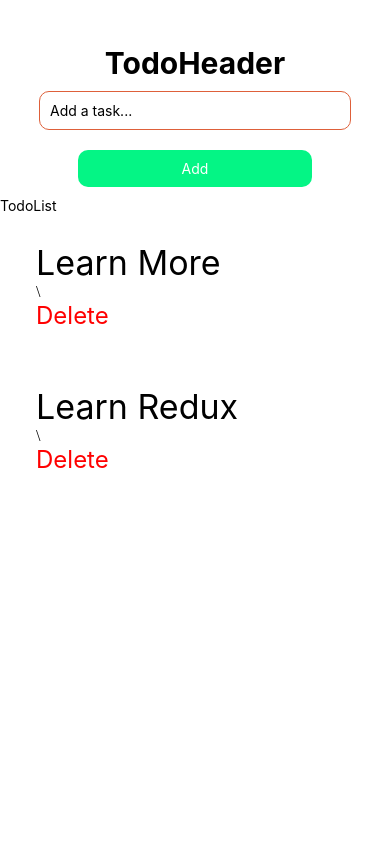
Repository: itadori17/Redux-Todo
Screen: /
An editor plug-in stored every save of this project. The screen is shown before and after the next save, followed by the edit.
The app was drawn by React Native's web renderer in a window 390 px wide. The project was rebuilt for these pictures with package versions that can differ from the ones it lists, and the page was loaded fresh each time.

Above is the screen before, as saved 2022-08-16 16:46:13.

After the next save:
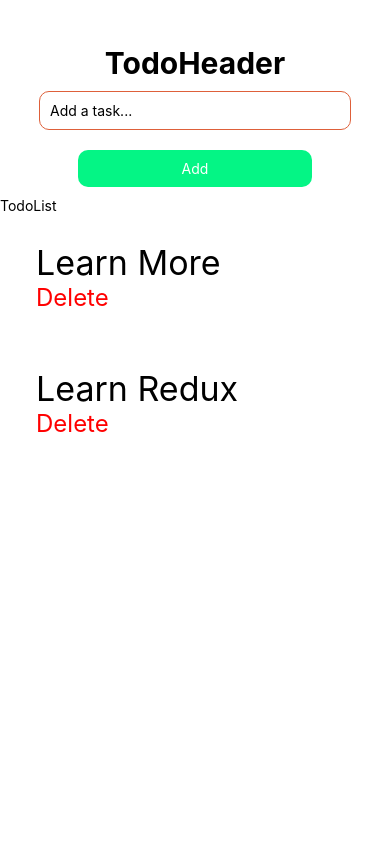
Saved 14 s later.
--- a/src/components/TodoList.js
+++ b/src/components/TodoList.js
@@ -16,7 +16,7 @@ const data = [
 const renderItem = ({ item } )=> {
     return (
         <View style={styles.item}>
-            <Text style={styles.title}>{item.title}</Text>\
+            <Text style={styles.title}>{item.title}</Text>
             <Text style={styles.delete}>Delete</Text>
         </View>
     )
